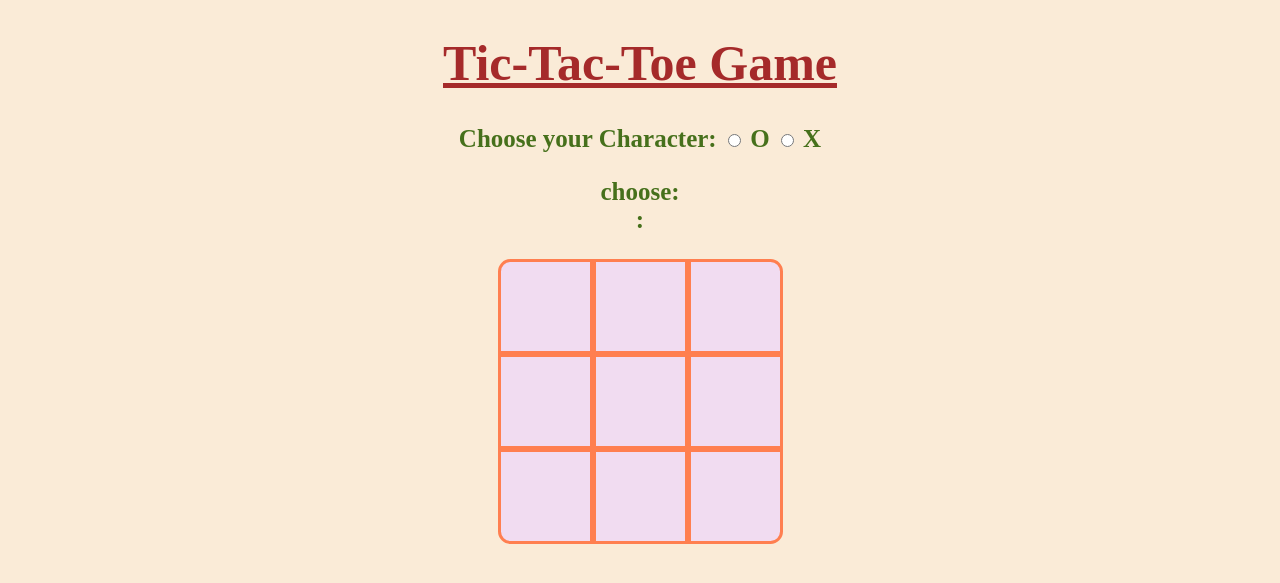
Repository: 0101chaitanya/Tic-Tac-Toe
Page: index.html
An editor plug-in stored every save of this project. The page is shown before and after the next save, followed by the edit.
The browser window is 1280 px wide. The pictures show the whole page.

Above is the page before, as saved 2021-06-12 13:40:32.

### index.html
<!DOCTYPE html>
<html>

<head>
    <meta charset="utf-8">
    <title>Tic-Tac-Toe Game</title>
    <meta name="viewport" content="width=device-width, initial-scale=1">

    <link rel="stylesheet" href="styles.css">
</head>

<body>
    <div id='block1'>
        <h1 id="heading">Tic-Tac-Toe Game</h1>
        <form>
            Choose your Character:
            <input value="O" name="radio" onclick="eventFun.setUser(this)" type="radio">
            <label for="O">O</label>
            <input value="X" name="radio" onclick="eventFun.setUser(this)" type="radio">
            <label for="X">X</label>

        </form>
        <div id="player">
            <div id='1'><input type='text' placeholder='Player1'>choose:</div>
            <div id='2'><input type='text' placeholder='Player2'>:</div>
        </div>
        <form id="gameSquare">
            <section id="row1">
                <div id="r1Column1"></div>
                <div id="rlColumn2"></div>
                <div id="rlColumn3"></div>
            </section>
            <section id="row2">
                <div id="r2Column1"></div>
                <div id="r2Column2"></div>
                <div id="r2Column3"></div>
            </section>
            <section id="row3">
                <div id="r3Column1"></div>
                <div id="r3Column2"></div>
                <div id="r3Column3"></div>
            </section>
        </form>
    </div>
    <div id="ResultBox">
        <span id="closebtn">&times;</span>
        <strong id="resultOut"></strong>
    </div>

</body>
<script type="text/javascript" src="script.js"></script>

</html>

### styles.css
:root {
    text-align: center;
    font-weight: bold;
}

* {
    box-sizing: border-box;
}

@media screen and (max-width: 400px) {
     :root {
        font-size: 14px;
    }
}

@media screen and (min-width: 401px) and (max-width: 700px) {
     :root {
        font-size: 18px;
    }
}

@media screen and (min-width: 701px) {
     :root {
        font-size: 25px;
    }
}

body {
    color: rgb(70, 112, 27);
    background: antiquewhite;
    font-weight: bold;
}

h1 {
    color: brown;
    text-decoration: underline;
    text-decoration-style: solid;
}

label>input {
    color: red;
    border: 1px solid;
}

#player {
    display: block;
    margin: 1rem auto 1rem auto;
}

#player>span {
    margin: auto 0.7rem auto 0.7rem;
}

#gameSquare {
    width: min-content;
    height: min-content;
    display: block;
    margin: auto;
}

#gameSquare>section:nth-child(n) {
    /* border-style: solid;
     */
    width: min-content;
    height: min-content;
    display: flex;
    justify-content: center;
    align-items: center;
}

#gameSquare>section:nth-child(n)>div:nth-child(n) {
    display: flex;
    margin: auto;
    width: 3.8rem;
    height: 3.8rem;
    border-style: solid;
    border-width: 0.15rem;
    justify-content: center;
    align-items: center;
    font-size: 1.8rem;
    color: coral;
    background-color: rgb(241, 220, 241);
}

#gameSquare>section:nth-child(1)>div:nth-child(1) {
    border-top-left-radius: 0.5rem;
}

#gameSquare>section:nth-child(1)>div:nth-child(3) {
    border-top-right-radius: 0.5rem;
}

#gameSquare>section:nth-child(3)>div:nth-child(1) {
    border-bottom-left-radius: 0.5rem;
}

#gameSquare>section:nth-child(3)>div:nth-child(3) {
    border-bottom-right-radius: 0.5rem;
}

#ResultBox {
    height: fit-content;
    width: 13rem;
    display: none;
    margin-left: auto;
    margin-right: auto;
    margin-top: 3rem;
    position: relative;
    top: -12rem;
    border-color: rgb(162, 162, 192);
    background-color: rgb(15, 44, 138);
    color: white;
    opacity: 1;
    transition: opacity 0.6s;
    margin-bottom: 15px;
    border-radius: 1rem;
    padding: 1rem;
    text-align: center;
}

#resultOut {
    color: #f0e0e4;
    font-weight: bold;
}

#closebtn {
    margin-left: 15px;
    color: white;
    font-weight: bold;
    float: right;
    font-size: 22px;
    line-height: 20px;
    cursor: pointer;
    transition: 0.3s;
}

#closebtn:hover {
    color: rgb(38, 170, 82);
}

#player>div:nth-child(1)>input {
    color: aqua;
}

### script.js
"use strict";

let eventFun = (function() {
    let user1Selection, user2Selection, runningCharacter;
    document.getElementById('1').textContent += ` `;
    document.getElementById('2').textContent += ` `;

    let runningNumber,
        result;
    let newArray;
    let count;

    let horizontalArray;
    let verticalArray;
    let diagonalArray;
    let array;


    function setUser(given) {
        localStorage.setItem("user1", given.value);

        document.querySelector(`form`).submit();
    }

    function init() {
        runningNumber = 0;
        user1Selection = localStorage.getItem("user1");
        user2Selection =
            user1Selection != null ? (user1Selection === "X" ? "O" : "X") : null;
        runningCharacter = user1Selection;

        document.getElementById('1').textContent += ` ` + user1Selection || ' ';
        document.getElementById('2').textContent += ` ` + user2Selection || ' ';
        array = Array.from(
            document.getElementById("gameSquare").querySelectorAll("div")
        );
        newArray = Array(array.length).fill();
        count = 0;

        horizontalArray = undefined;
        verticalArray = undefined;
        diagonalArray = undefined;
        eventListen();
    }

    if (localStorage.getItem("user1") !== null) {
        init();
    }


    function switchRunChar() {
        runningCharacter = runningCharacter === "O" ? "X" : "O";
        runningNumber = runningNumber === 0 ? 1 : 0;
    }

    function arrayCreator(index, incrementer) {
        return [
            newArray[index],
            newArray[index + incrementer],
            newArray[index + 2 * incrementer],
        ];
    }

    function parser(arrayInput) {
        let arr = arrayInput.map((item, index) => {
            let res = item.reduce((stack, item) => {
                stack += item;
                return stack;
            });
            return res;
        });
        return arr;
    }

    function send(input) {
        let block1 = document.getElementById('block1');
        block1.style.filter = 'blur(0.5rem)';
        document.getElementById('ResultBox').style.display = 'block';
        document.getElementById('resultOut').textContent = input;
        let close = document.getElementById('closebtn');
        close.onclick = function() {
            localStorage.clear();
            //  init();
            document.getElementById('gameSquare').submit();
            let div = this.parentElement;
            div.style.opacity = '0';
            setTimeout(function() {
                document.getElementById('ResultBox').style.display = 'none';
                block1.style.filter = 'blur(0.0rem)';

            }, 60);
        };

    }

    function check(input) {
        input.forEach((item) => {
            if (item === 3) {
                result = item;
                send("Player 2 won");
            } else if (item === 0) {
                result = item;
                send("Player 1 won");
            }
        });
    }

    function checkWin() {
        horizontalArray = [
            arrayCreator(0, 1),
            arrayCreator(3, 1),
            arrayCreator(6, 1),
        ];
        verticalArray = [
            arrayCreator(0, 3),
            arrayCreator(1, 3),
            arrayCreator(2, 3),
        ];
        diagonalArray = [arrayCreator(0, 4), arrayCreator(2, 2)];

        let horizontalParsed = parser(horizontalArray);
        let verticalParsed = parser(verticalArray);

        let diagonalParsed = parser(diagonalArray);
        check(horizontalParsed);
        check(verticalParsed);
        check(diagonalParsed);

        if (count == 8) {
            console.table(horizontalArray, verticalArray, diagonalArray);
            console.table({
                horizontalParsed: horizontalParsed,
                verticalParsed: verticalParsed,
                diagonalParsed: diagonalParsed,
            });
            console.table(newArray);
            if (result == undefined) {
                send("draw");
            }
        }
    }

    let setOutput = function(e, index) {
        e.target.textContent = runningCharacter;
        e.target.removeEventListener("click", (e) => setOutput(e));
        newArray.splice(index, 1, runningNumber);
        switchRunChar();
        checkWin();

        count++;
    };

    function eventListen() {
        array.forEach((item, index) => {
            item.textContent = "";
            item.addEventListener("click", (e) => setOutput(e, index), { once: true });
        });
    }
    return { setUser };
})();

After the next save:
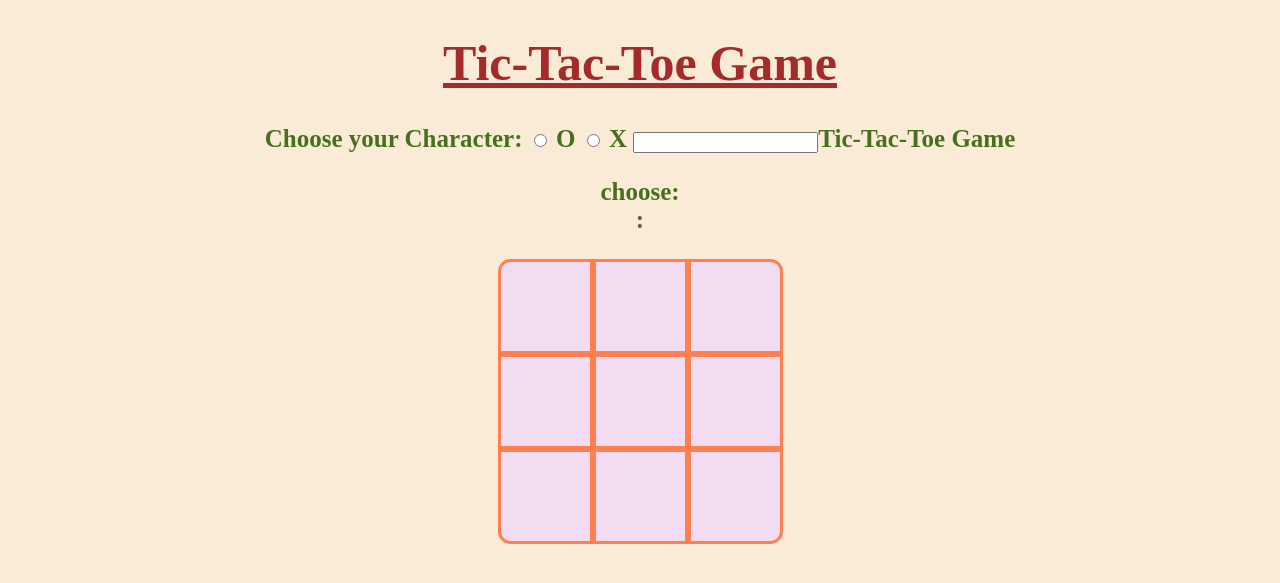
Saved 25 s later.
--- a/index.html
+++ b/index.html
@@ -18,7 +18,7 @@
             <label for="O">O</label>
             <input value="X" name="radio" onclick="eventFun.setUser(this)" type="radio">
             <label for="X">X</label>
-
+            <input>Tic-Tac-Toe Game</input>
         </form>
         <div id="player">
             <div id='1'><input type='text' placeholder='Player1'>choose:</div>

After the save that followed:
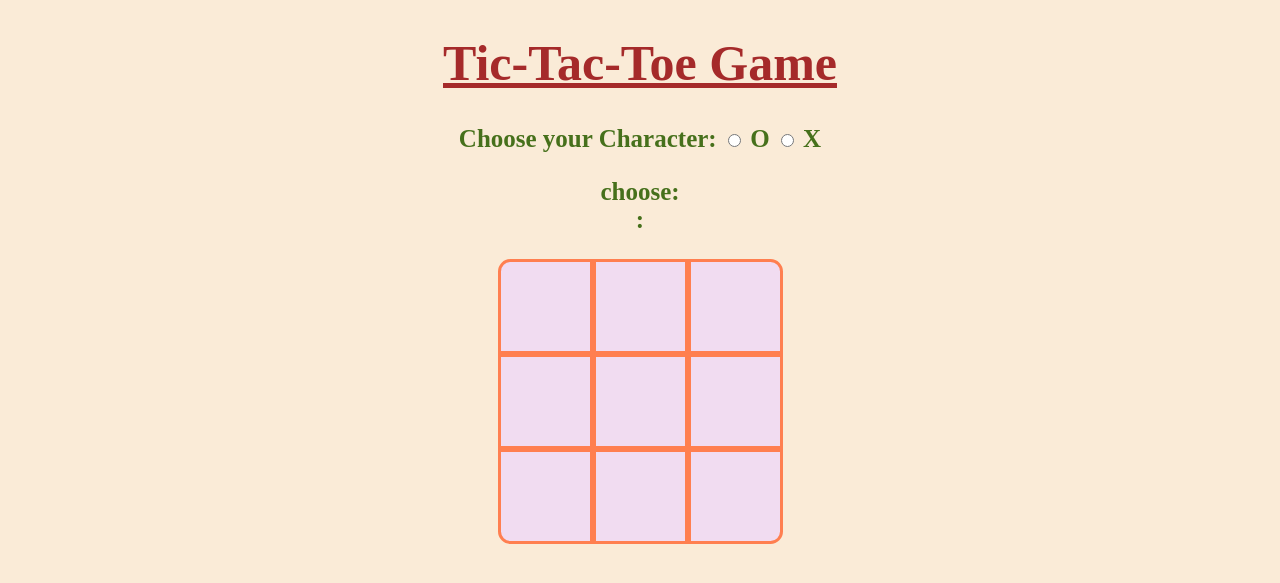
Saved 24 s later.
--- a/index.html
+++ b/index.html
@@ -18,10 +18,10 @@
             <label for="O">O</label>
             <input value="X" name="radio" onclick="eventFun.setUser(this)" type="radio">
             <label for="X">X</label>
-            <input>Tic-Tac-Toe Game</input>
+
         </form>
         <div id="player">
-            <div id='1'><input type='text' placeholder='Player1'>choose:</div>
+            <div id='1'><input type='text' placeholder='Player1'></input>choose:</div>
             <div id='2'><input type='text' placeholder='Player2'>:</div>
         </div>
         <form id="gameSquare">
